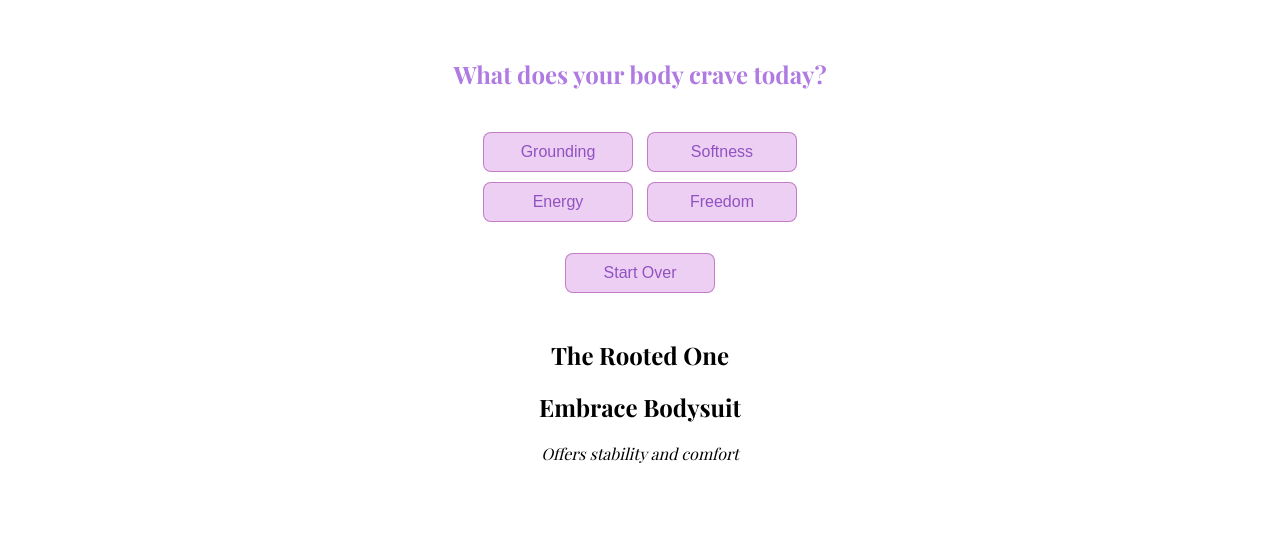
Repository: karim0829/Bella-Oter-Project
Page: index.html
These files come from the project's save history. The page is drawn as it stood at one moment and after the next save; the edit follows.
The browser window is 1280 px wide. The pictures show the whole page.
Some web fonts or font styles are not loaded; a fallback is used.

Above is the page before, as saved 2025-06-30 19:32:18.

### index.html
  <!--
   Name: Karim Mohamed
   Project: Bella Oter
   Date: 6.30.25
   Start Time: 7PM EST

  -->

<!DOCTYPE html>
<html lang="en">
<head>
    <meta charset="UTF-8">
    <meta name="viewport" content="width=device-width, initial-scale=1.0">
    <title>Bella Oter</title>
    <!--Google font-->
    <link rel="preconnect" href="https://fonts.googleapis.com">
    <link rel="preconnect" href="https://fonts.gstatic.com" crossorigin>
    <link href="https://fonts.googleapis.com/css2?family=Leckerli+One&family=Playfair+Display:ital,wght@0,400..900;1,400..900&display=swap" rel="stylesheet">
    <link rel="stylesheet" href = "style.css">
</head>
<body>
    <br>
    <br>

    <header>
        <!--Header with buttons-->
    <form>
        <label><h1>What does your body crave today?</h1></label><br>
        <button type = 'submit' id = 'grounding' name='grounding'>Grounding</button>
        <button type = 'submit' id = 'softness' name='softness'>Softness</button><br>
        <button type = 'submit' id = 'energy' name='energy'>Energy</button>
        <button type = 'submit' id = 'freedom' name='freedom'>Freedom</button>
    </form>
    <br>
     <button type = 'submit' id = 'start-over' name='start-over'>Start Over</button>
    </header>
    <!--Content-->
<section>
    <br>
    <div>
    <h1>The Rooted One</h1>
    <h2>Embrace Bodysuit</h2>
    <em>Offers stability and comfort</em><br>

    </div>
</section>

</body>
</html>

### style.css
body {
    text-align: center;
    font-family:"playfair display";
    padding:0;
    margin:0;
}

form h1 {
    font-size:24px;
    text-align: center;
    color:rgba(125, 37, 207, 0.613);

}

 button {
    width: 150px;
    height: 40px;
    cursor: pointer;
    border: 1px solid rgba(128, 0, 128, 0.401);;
    border-radius: 8px;
    background-color: #edcff3;
    font-size: 16px;
    margin-top:10px;
    margin:5px;
    transition: all 0.3s ease;
    color:rgba(85, 4, 160, 0.613);
}

button:hover {
    background-color:rgb(219, 55, 219);
    transition: linear 2;

}

After the next save:
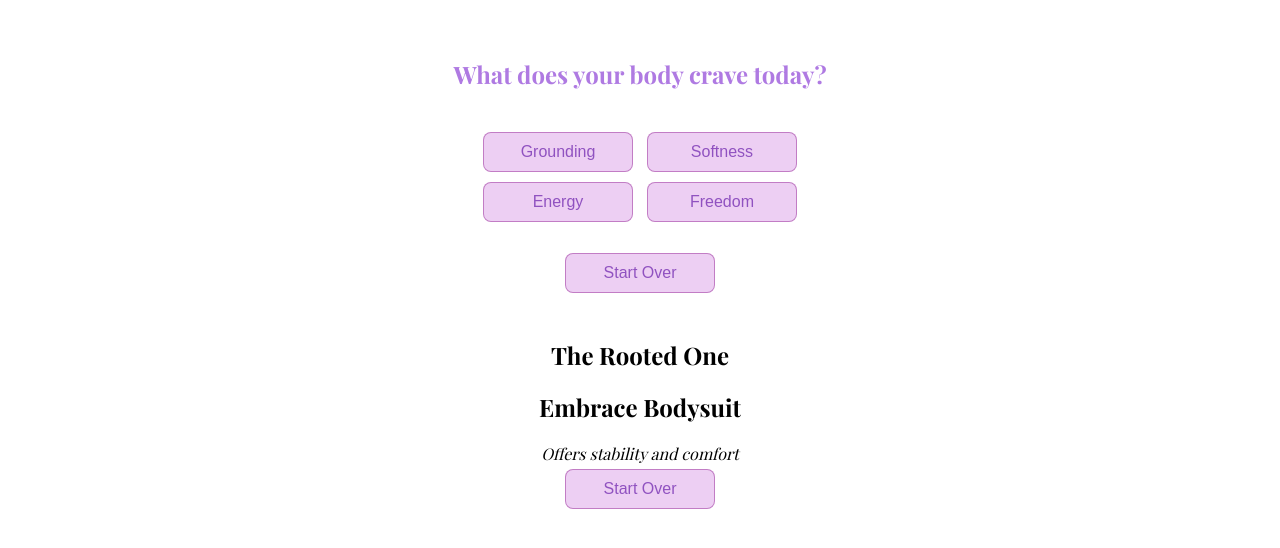
Saved 29 s later.
--- a/index.html
+++ b/index.html
@@ -41,6 +41,7 @@
     <h1>The Rooted One</h1>
     <h2>Embrace Bodysuit</h2>
     <em>Offers stability and comfort</em><br>
+    <button type = 'submit' id = 'start-over' name='start-over'>Start Over</button>
 
     </div>
 </section>
